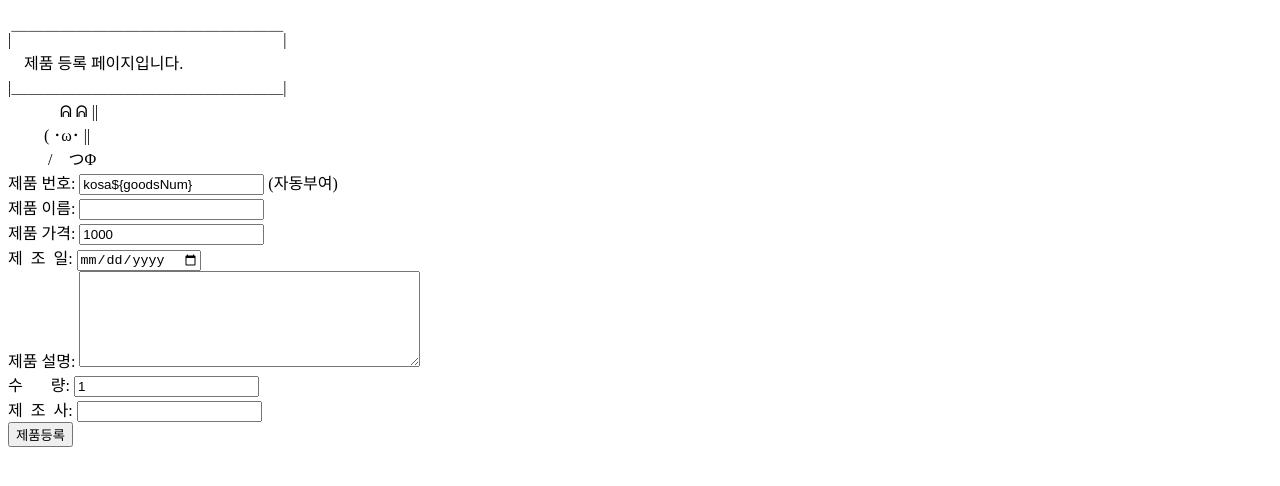
Repository: doram2/dodam
Page: http://localhost/thymeleaf/goods/goodsForm
These files come from the project's save history. The page is drawn as it stood at one moment and after the next save; the edit follows.
The browser window is 1280 px wide. The pictures show the whole page.
The page is this project's Thymeleaf template; nobody is signed in. The template is opened directly, without the code that normally fills it, so the values that code supplies are empty.

Above is the page before, as saved 2022-01-20 06:06:35.

After the next save:
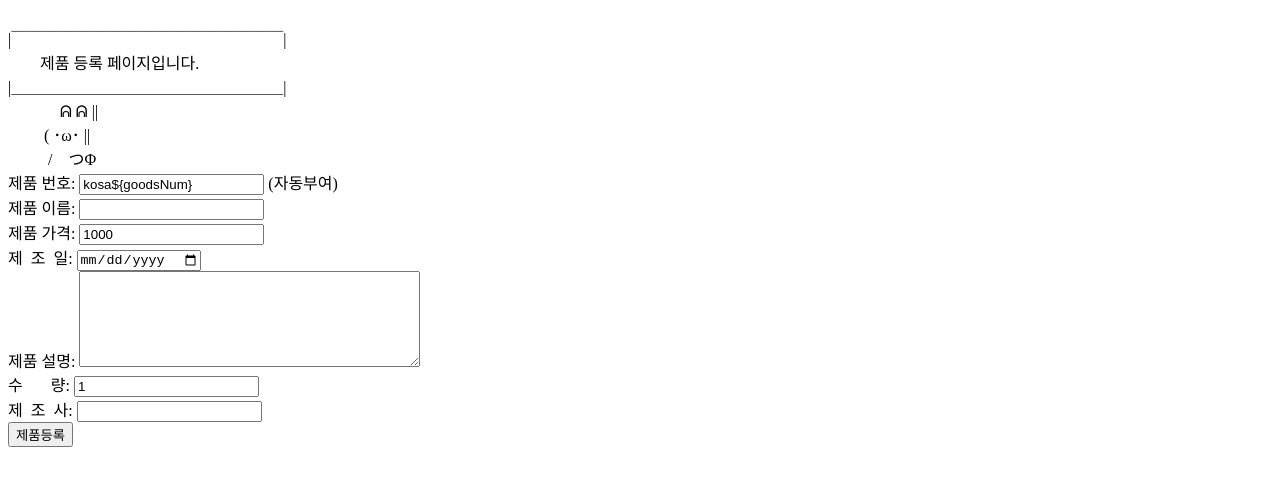
Saved 6 s later.
--- a/springBootTest2/src/main/resources/templates/thymeleaf/goods/goodsForm.html
+++ b/springBootTest2/src/main/resources/templates/thymeleaf/goods/goodsForm.html
@@ -7,7 +7,7 @@
 <body>
 	<br/>
 |￣￣￣￣￣￣￣￣￣￣￣￣￣￣￣￣￣| <br/>
-&nbsp;&nbsp;&nbsp;&nbsp;제품 등록 페이지입니다.<br/>
+&nbsp;&nbsp;&nbsp;&nbsp;&nbsp;&nbsp;&nbsp;&nbsp;제품 등록 페이지입니다.<br/>
 |＿＿＿＿＿＿＿＿＿＿＿＿＿＿＿＿＿| <br/>
 　&nbsp;&nbsp;&nbsp;&nbsp;　        ᕱ ᕱ  ||<br/>
 　&nbsp;&nbsp;&nbsp;&nbsp;           ( ･ω･ ||<br/>
